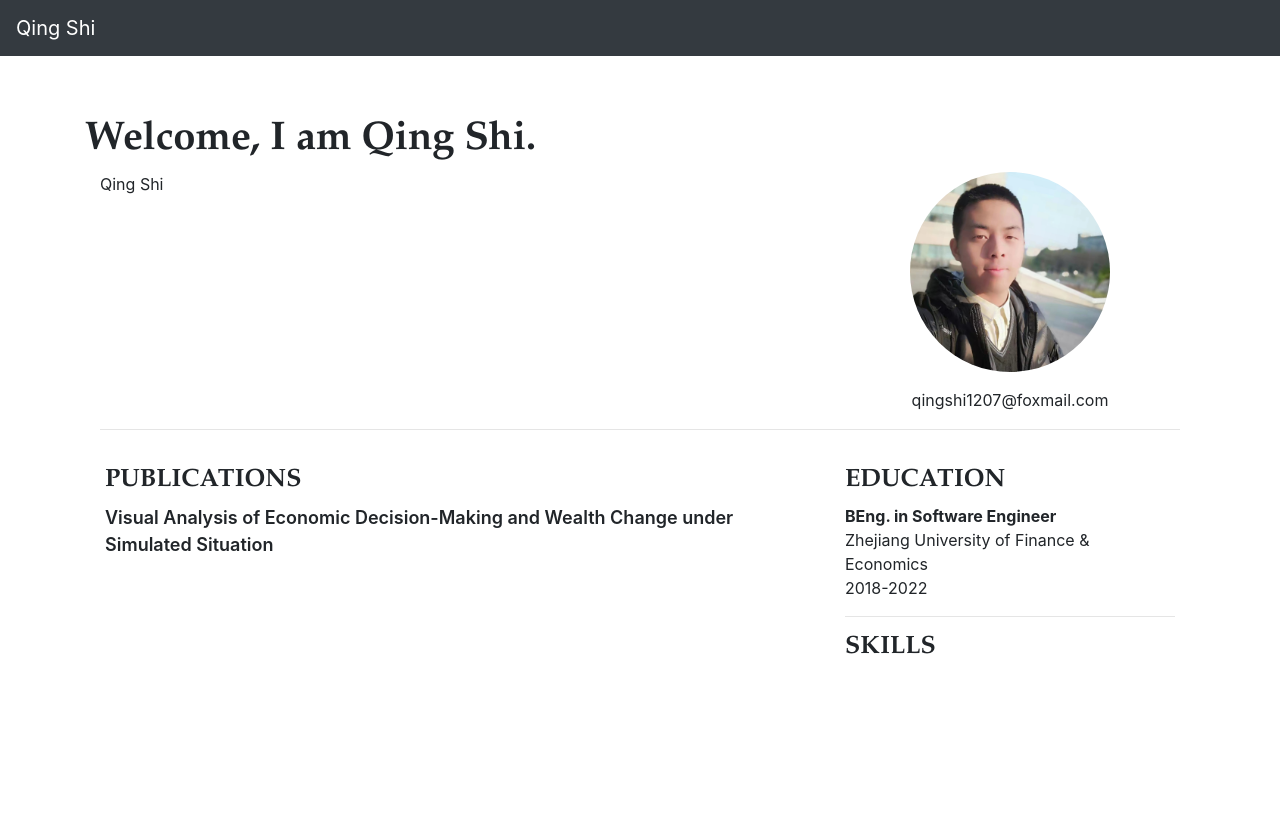
Repository: sqsssq/webpage
Page: index.html
These files come from the project's save history. The page is drawn as it stood at one moment and after the next save; the edit follows.
The browser window is 1280 px wide. The pictures show the whole page.
Some web libraries are served in a nearby version.

Above is the page before, as saved 2022-03-28 09:51:47.

After the next save:
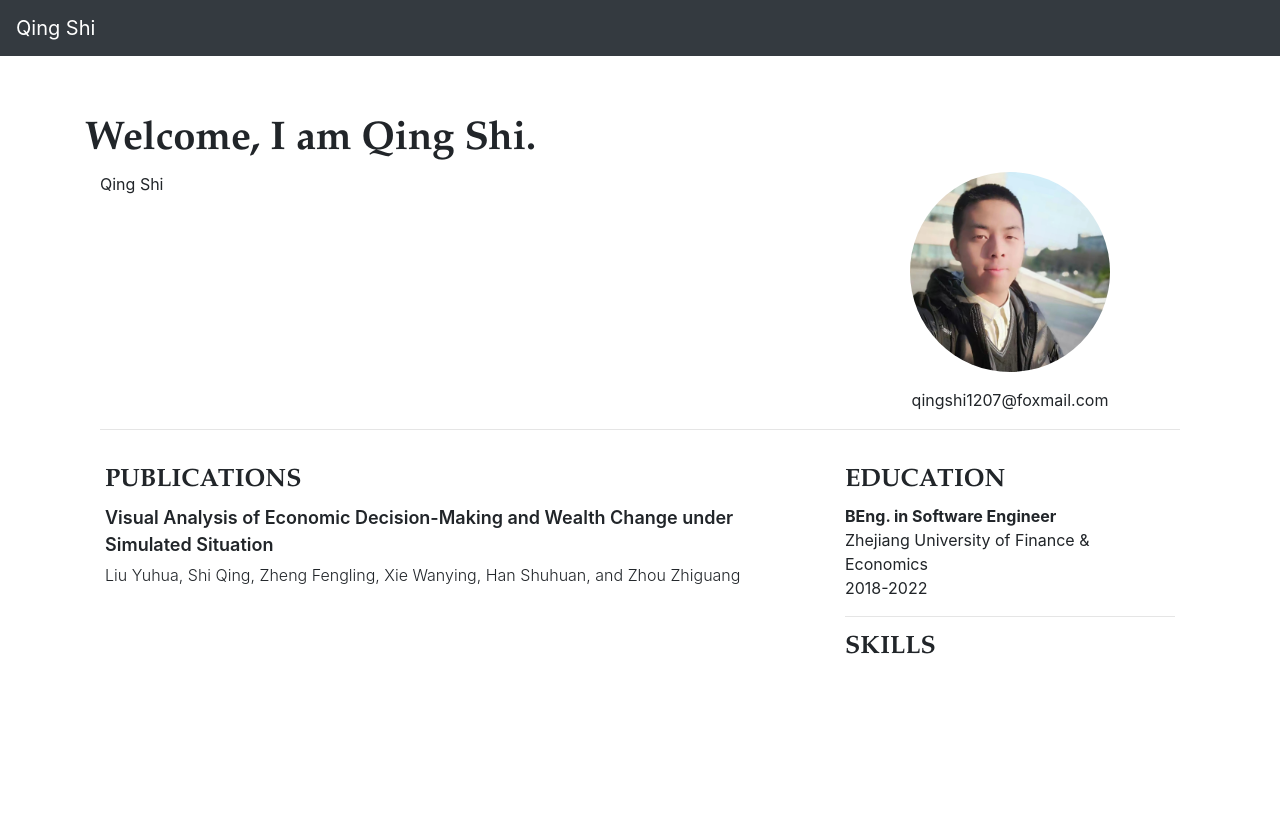
Saved 61 s later.
--- a/index.html
+++ b/index.html
@@ -1,6 +1,6 @@
 <!--
  * @Author: Qing Shi
- * @LastEditTime: 2022-03-28 09:51:34
+ * @LastEditTime: 2022-03-28 09:52:48
  * @Knowledge:
  * @Description: my homepage
  * @Attention:
@@ -67,7 +67,7 @@
                     <div class="totalPublic">
                         <div class="public">
                             <p class="ptitle">Visual Analysis of Economic Decision-Making and Wealth Change under Simulated Situation</p>
-
+                            <p class="pauthor">Liu Yuhua, Shi Qing, Zheng Fengling, Xie Wanying, Han Shuhuan, and Zhou Zhiguang</p>
                         </div>
                     </div>
                 </div>
